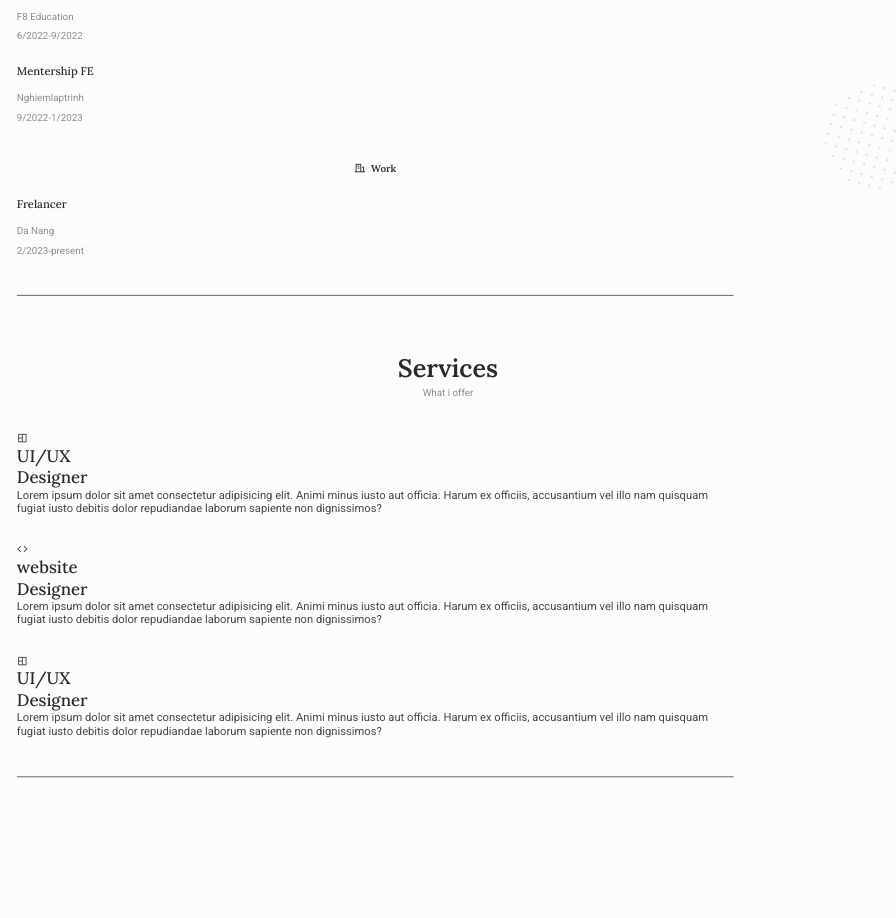
Repository: hnguyeng/myportfoliohongnguyen
Page: index.html
An editor plug-in stored every save of this project. The page is shown before and after the next save, followed by the edit.
The browser window is 1280 px wide. The pictures show the part of the page from y = 3545 to 5465 px (the page is 4856 px tall before and 5465 px after), at 70% of full size.
Some web libraries are served in a nearby version.

Above is the page before, as saved 2023-07-19 22:17:03.

After the next save:
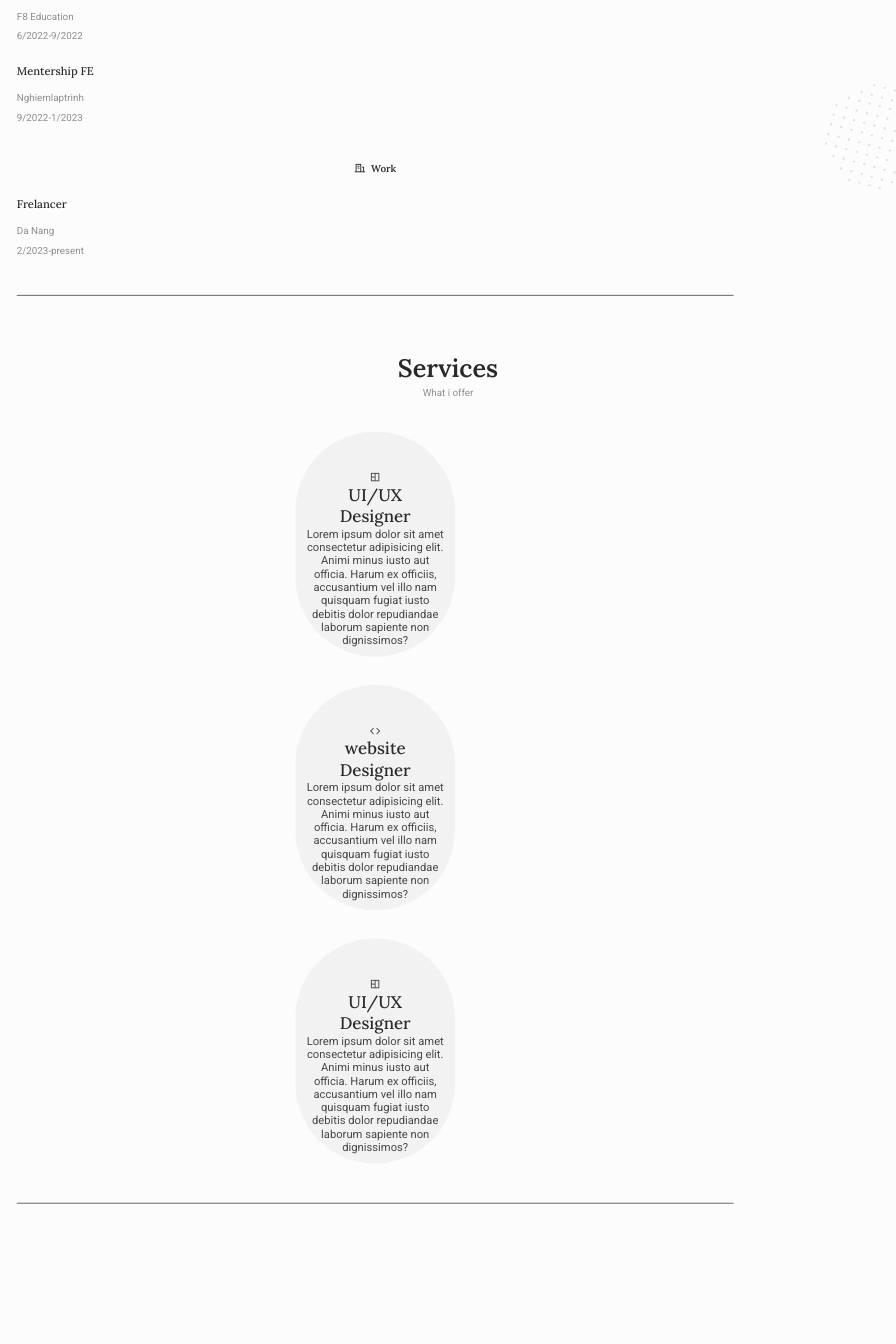
Saved 98 s later.
--- a/assets/css/style.css
+++ b/assets/css/style.css
@@ -401,3 +401,12 @@ img{
     row-gap:2.5rem ;
     justify-content: center;
 }
+.services__card{
+    position: relative;
+    width: 228px;
+    height: 322px;
+    background-color: var(--container-color);
+    text-align: center;
+    padding: 3.5rem 1rem;
+    border-radius: 7.25rem;
+}
